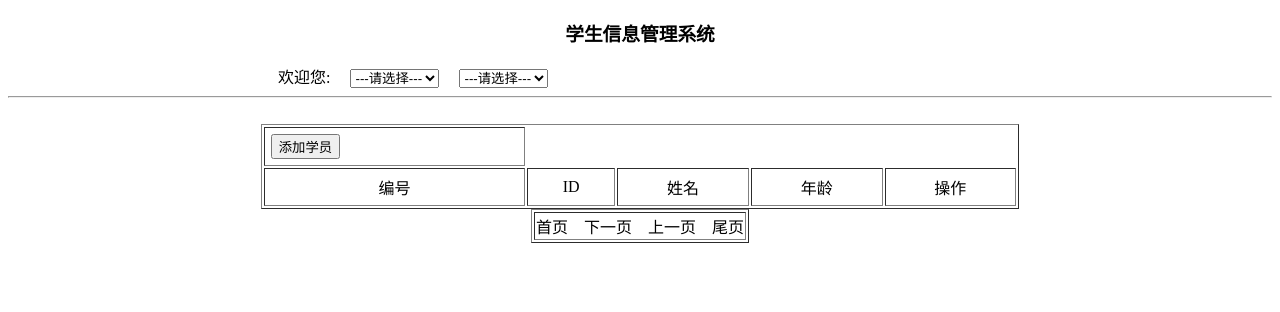
Repository: DataBoxWx/mvc_servlet_3
Page: http://localhost/crud_1/ajax/studentlist.jsp
These files come from the project's save history. The page is drawn as it stood at one moment and after the next save; the edit follows.
The browser window is 1280 px wide. The pictures show the whole page.
The page is served by Tomcat 9. Other server files are loaded and not shown.

Above is the page before, as saved 2018-05-08 09:55:38.

### crud_1/WebContent/ajax/studentlist.jsp
<%@ page language="java" contentType="text/html; charset=UTF-8"
    pageEncoding="UTF-8"%>
<%
	String basePath = request.getScheme() + "://" + request.getServerName() + ":" + 	request.getServerPort() + request.getContextPath() + "/";
%>
<!DOCTYPE html PUBLIC "-//W3C//DTD HTML 4.01 Transitional//EN" "http://www.w3.org/TR/html4/loose.dtd">
<html>
<head>
<base href="<%=basePath%>">
<meta http-equiv="Content-Type" content="text/html; charset=UTF-8">
<script type="text/javascript" src="js/jquery-1.8.3.min.js"></script>
<title>Insert title here</title>
<style type="text/css">
	td{
		text-align: center
	}
</style>
<script type="text/javascript">


	$(function(){
		$.post(
			"controller/list.do",
			function(data){
				$(data.slist).each(function(i){
					$("#tbody").append("<tr><td>"+i+"</td><td>"+this.id
							+"</td><td>"+this.name+"</td><td>"+this.age
							+"</td><td><a href='jsp/studentedit.jsp?id="+this.id
							+"'>编辑</a>||<a href='controller/delete.do?id="+this.id
							+"'>删除</a></td></tr>");
				})
			},
			"json"
		)

		$("#addBtn").click(function(){
			location.href="jsp/studentadd.jsp";
		})

	})
</script>
</head>
<body>
	<h3 align="center">学生信息管理系统</h3>
	<span style="margin-left: 270px" >欢迎您:${username}&nbsp;&nbsp;&nbsp;&nbsp;
		<select id="pid">
			<option>---请选择---</option>
		</select>&nbsp;&nbsp;&nbsp;&nbsp;
		<select id="cid">
			<option>---请选择---</option>
		</select>
	</span><br/>
	<hr/><br>
	<table align="center" border="1" cellpadding="6" width="60%">
		<thead>
			<tr>
				<td style="text-align: left">
					<button id="addBtn">添加学员</button>&nbsp;&nbsp;
				</td>
			</tr>
			<tr>
				<td>编号</td>
				<td>ID</td>
				<td>姓名</td>
				<td>年龄</td>
				<td>操作</td>
			</tr>
		</thead>
		<tbody id="tbody">

		</tbody>
	</table>
	<table align="center" border="1">
			<tr>
				<td>
					<a>首页</a>&nbsp;&nbsp;&nbsp;
					<a>下一页</a>&nbsp;&nbsp;&nbsp;
					<a>上一页</a>&nbsp;&nbsp;&nbsp;
					<a>尾页</a>
				</td>
			</tr>
	</table>
</body>
</html>

### crud_1/src/com/bjpowernode/crud/controller/StudentController.java
 package com.bjpowernode.crud.controller;

import java.io.IOException;
import java.io.PrintWriter;
import java.util.ArrayList;
import java.util.List;

import javax.servlet.ServletException;
import javax.servlet.http.HttpServlet;
import javax.servlet.http.HttpServletRequest;
import javax.servlet.http.HttpServletResponse;

import com.bjpowernode.crud.domain.Students;
import com.bjpowernode.crud.service.StudentService;
import com.bjpowernode.crud.service.impl.StudentServiceImpl;
import com.bjpowernode.crud.util.ServiceFactory;
import com.sun.org.apache.bcel.internal.generic.NEW;

public class StudentController extends HttpServlet{
	@Override
	protected void doGet(HttpServletRequest request, HttpServletResponse response) throws ServletException, IOException {
		response.setContentType("text/html;charset=utf-8");
		request.setCharacterEncoding("utf-8");
		StudentService studentService  = (StudentService) ServiceFactory.getService(new StudentServiceImpl());
		String path = request.getServletPath();
		if("/controller/list.do".equals(path)){

			list(request,response,studentService);

		}else if("/controller/save.do".equals(path)){

			save(request,response,studentService);
			response.sendRedirect(request.getContextPath()+"/ajax/studentlist.jsp");

		}else if("/controller/delete.do".equals(path)){

			delete(request,response,studentService);
			response.sendRedirect(request.getContextPath()+"/ajax/studentlist.jsp");

		}else if("/controller/update.do".equals(path)){

			update(request,response,studentService);
			response.sendRedirect(request.getContextPath()+"/ajax/studentlist.jsp");

		}else if("/controller/edit.do".equals(path)){
			edit(request,response,studentService);
		}
	}
	private void edit(HttpServletRequest request, HttpServletResponse response, StudentService studentService) throws IOException {
		String id = request.getParameter("id");

		Students stu = studentService.getStudentById(id);
		StringBuffer buffer = new StringBuffer();
		//{"id":"?","name":"?","age":?}
		buffer.append("{\"id\":\"");
		buffer.append(stu.getId());
		buffer.append("\",\"name\":\"");
		buffer.append(stu.getName());
		buffer.append("\",\"age\":");
		buffer.append(stu.getAge());
		buffer.append("}");
		PrintWriter out = response.getWriter();
		out.print(buffer.toString());
		out.close();

	}
	private void update(HttpServletRequest request, HttpServletResponse response, StudentService studentService) {
		String id = request.getParameter("id");
		String name = request.getParameter("name");
		String ageStr = request.getParameter("age");
		int age = Integer.valueOf(ageStr);
		Students stu = new Students();
		stu.setId(id);
		stu.setName(name);
		stu.setAge(age);
		studentService.updateStudent(stu);

	}
	private void delete(HttpServletRequest request, HttpServletResponse response, StudentService studentService) {
		String id = request.getParameter("id");
		studentService.deleteStudent(id);
	}
	private void save(HttpServletRequest request, HttpServletResponse response, StudentService studentService) {
		System.out.println("进入添加学生操作");
		String name = request.getParameter("username");
		String ageStr = request.getParameter("age");
		int age = Integer.valueOf(ageStr);
		Students stu = new Students();
		stu.setName(name);
		stu.setAge(age);
		studentService.addStudent(stu);

	}
	private void list(HttpServletRequest request, HttpServletResponse response, StudentService studentService) throws IOException {
		System.out.println("进入学生列表操作");
		List<Students> slist = studentService.getAll();
		StringBuffer buffer = new StringBuffer();
		//{"slist":[{"id":"?","name":"?","age":?}]}
		buffer.append("{\"slist\":[");
		for(int i = 0; i< slist.size();i++){
			Students stu = slist.get(i);
			buffer.append("{\"id\":\"");
			buffer.append(stu.getId());
			buffer.append("\",\"name\":\"");
			buffer.append(stu.getName());
			buffer.append("\",\"age\":");
			buffer.append(stu.getAge());
			buffer.append("}");
			if( i< slist.size()-1){
				buffer.append(",");
			}
		}
		buffer.append("]}");
		System.out.println(buffer);
		PrintWriter out = response.getWriter();
		out.print(buffer.toString());
		out.close();
	}
	@Override
	protected void doPost(HttpServletRequest request, HttpServletResponse response) throws ServletException, IOException {
		this.doGet(request, response);
	}
}

Loaded but not shown: crud_1/WebContent/js/jquery-1.8.3.min.js (library)

After the next save:
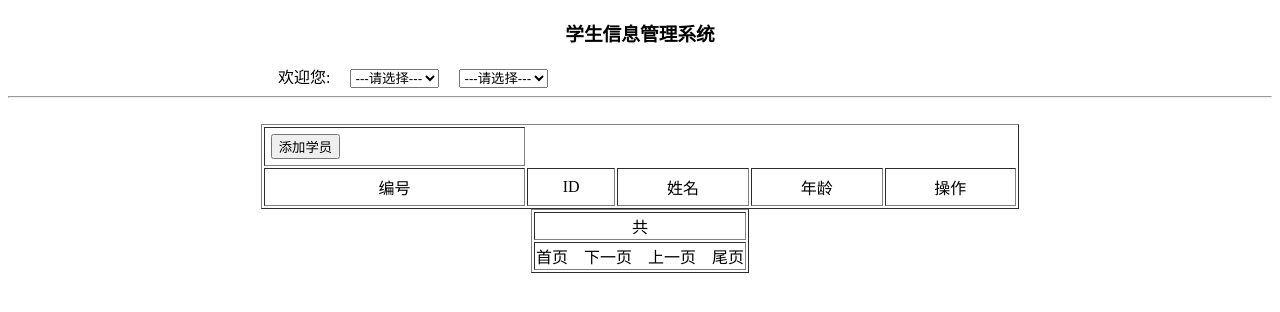
Saved 45 min 54 s later.
--- a/crud_1/WebContent/ajax/studentlist.jsp
+++ b/crud_1/WebContent/ajax/studentlist.jsp
@@ -73,6 +73,12 @@
 	<table align="center" border="1">
 			<tr>
 				<td>
+					共<span></span>
+
+				</td>
+			</tr>
+			<tr>
+				<td>
 					<a>首页</a>&nbsp;&nbsp;&nbsp;
 					<a>下一页</a>&nbsp;&nbsp;&nbsp;
 					<a>上一页</a>&nbsp;&nbsp;&nbsp;
